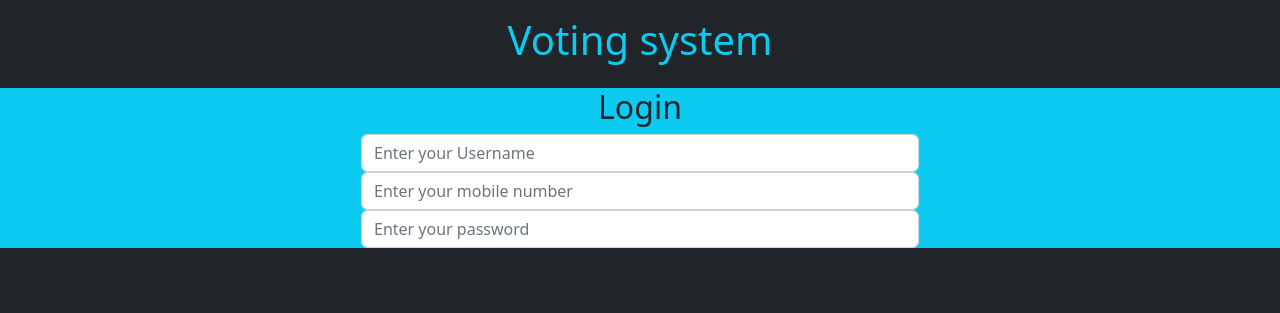
Repository: AvinashLikesToLearnNewStuff/VotingSite
Page: http://localhost/
These files come from the project's save history. The page is drawn as it stood at one moment and after the next save; the edit follows.
The browser window is 1280 px wide. The pictures show the whole page.
The page is run by PHP 8.4 with error messages shown; the project is at /var/www/html/.

Above is the page before, as saved 2023-03-09 09:54:22.

After the next save:
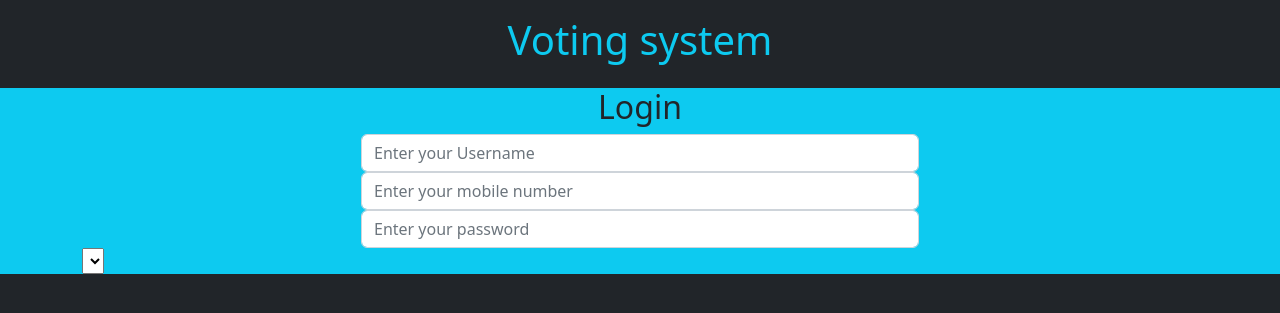
Saved 42 s later.
--- a/index.php
+++ b/index.php
@@ -25,6 +25,9 @@
                 <div class="mb3">
                     <input type="password" name="password" class="form-control w-50 m-auto" placeholder="Enter your password" required= "required">
                 </div>
+                <div class="mb-3">
+                    <select name="std" ></select>
+                </div>
             </form>
         </div>
     </div>
